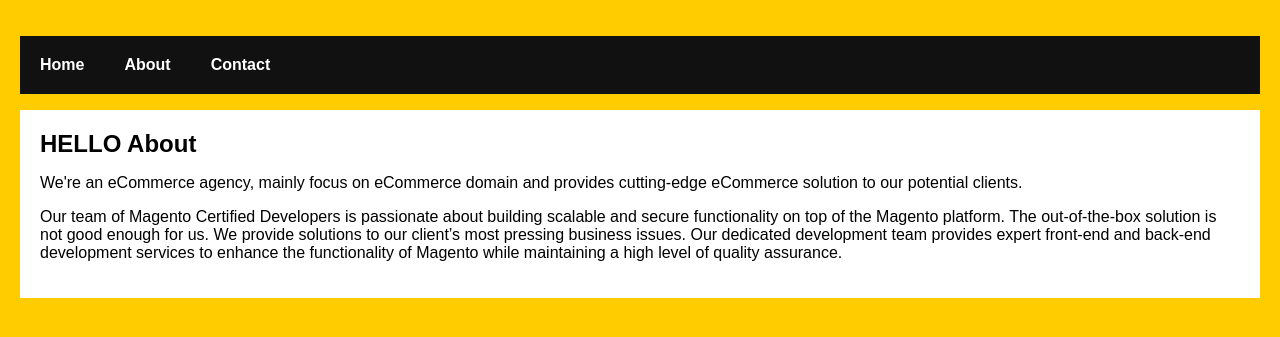
Repository: hardikaureate/React-Pages-Menu
Page: /#/about
The author's editor kept a copy of each file at every save. The page is drawn from the files as they stood at one save, then again after the next save.
The browser window is 1280 px wide. The pictures show the whole page.
The project was rebuilt for these pictures with package versions that can differ from the ones it lists, and the page was loaded fresh each time. Also part of the build but not shown: src/Home.js, src/Contact.js.

Above is the page before, as saved 2020-10-09 13:09:31.

After the next save:
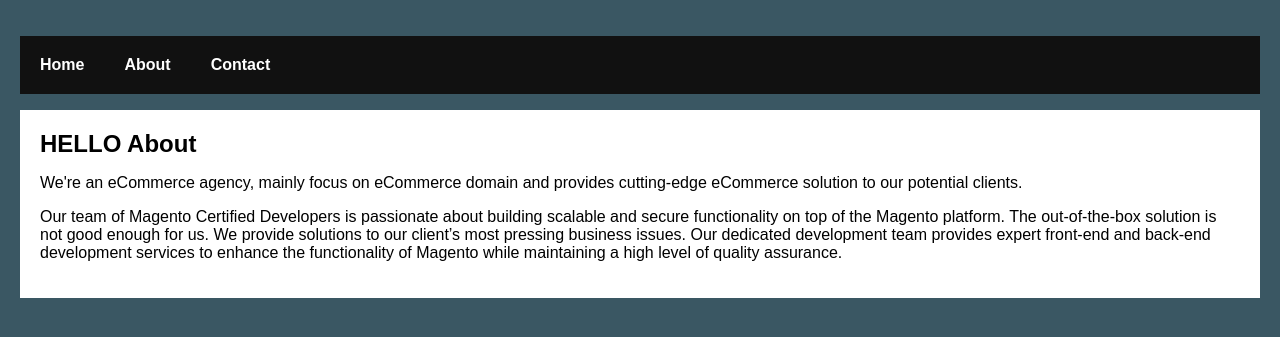
Saved 4 min 2 s later.
--- a/src/index.css
+++ b/src/index.css
@@ -1,5 +1,5 @@
 body {
-    background-color: #FFCC00;
+    background-color: #3a5763;
     padding: 20px;
     margin: 0;
 }
